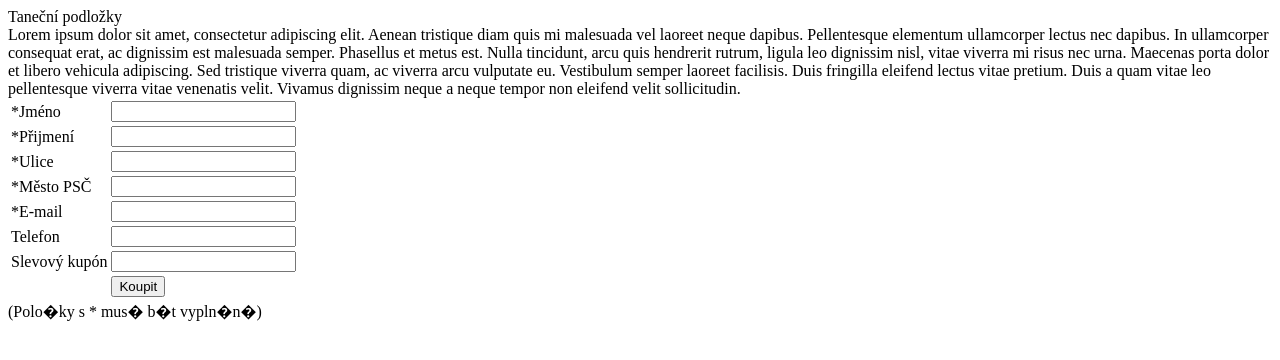
Repository: shadowroot/workspace
Page: http://localhost/
The author's editor kept a copy of each file at every save. The page is drawn from the files as they stood at one save, then again after the next save.
The browser window is 1280 px wide. The pictures show the whole page.
The page is run by PHP 8.4 with error messages shown; the project is at /var/www/html/.

Above is the page before, as saved 2011-11-30 21:12:23.

### tommys_job/index.php
<!DOCTYPE html PUBLIC "-//W3C//DTD XHTML 1.0 Transitional//EN" "http://www.w3.org/TR/xhtml1/DTD/xhtml1-transitional.dtd">
<html>

<head>
<meta http-equiv="Content-Type" content="text/html; charset=UTF-8" />
<meta name="description" content="Taneční podložky" />
<title>Taneční podložky</title>
</head>
<body>
	<div id="nadpis">Taneční podložky</div>
	<div id="predmet_foto"></div>
	<div id="info">Lorem ipsum dolor sit amet, consectetur adipiscing elit.
		Aenean tristique diam quis mi malesuada vel laoreet neque dapibus.
		Pellentesque elementum ullamcorper lectus nec dapibus. In ullamcorper
		consequat erat, ac dignissim est malesuada semper. Phasellus et metus
		est. Nulla tincidunt, arcu quis hendrerit rutrum, ligula leo dignissim
		nisl, vitae viverra mi risus nec urna. Maecenas porta dolor et libero
		vehicula adipiscing. Sed tristique viverra quam, ac viverra arcu
		vulputate eu. Vestibulum semper laoreet facilisis. Duis fringilla
		eleifend lectus vitae pretium. Duis a quam vitae leo pellentesque
		viverra vitae venenatis velit. Vivamus dignissim neque a neque tempor
		non eleifend velit sollicitudin.</div>
	<div id="cena"></div>
	<div id="nova_cena"></div>

	<div id="div_form">


	<?php
	if(isset($_GET['error']) && $_GET['error'] == 1){
		echo '<div class="error">Nevyplnili jste správně formulář!</div>';
	}
	if(isset($_GET['error']) && $_GET['error'] == 0){
		echo '<div class="error">Zboží bylo obědnáno</div>';
	}
	?>
		<form action="process.php" method="post">
			<table id="form">
				<tr class="form_col">
					<td>*Jméno</td>
					<td><input type="text" size="20" name="jmeno"
						value="<?php if(isset($_GET['jmeno'])){echo $_GET['jmeno'];} ?>" />
					</td>
				</tr>
				<tr class="form_col">
					<td>*Přijmení</td>
					<td><input type="text" size="20" name="prijmeni"
						value="<?php if(isset($_GET['prijmeni'])){echo $_GET['prijmeni'];} ?>" />
					</td>
				</tr>
				<tr class="form_col">
					<td>*Ulice</td>
					<td><input type="text" size="20" name="ulice"
						value="<?php if(isset($_GET['ulice']))echo $_GET['ulice']; ?>" />
					</td>
				</tr>
				<tr class="form_col">
					<td>*Město PSČ</td>
					<td><input type="text" size="20" name="mesto"
						value="<?php if(isset($_GET['mesto']))echo $_GET['mesto']; ?>" />
					</td>
				</tr>
				<tr class="form_col">
					<td>*E-mail</td>
					<td><input type="text" size="20" name="email"
						value="<?php if(isset($_GET['email']))echo $_GET['email']; ?>" />
					</td>
				</tr>
				<tr class="form_col">
					<td>Telefon</td>
					<td><input type="text" size="20" name="telefon"
						value="<?php if(isset($_GET['tel']))echo $_GET['tel']; ?>" /></td>
				</tr>
				<tr class="form_col">
					<td>Slevový kupón</td>
					<td><input type="text" size="20" name="sleva"
						value="<?php if(isset($_GET['sleva']))echo $_GET['sleva']; ?>" />
					</td>
				</tr>
				<tr>
					<td></td>
					<td><input type="submit" value="Koupit" /></td>
				</tr>
			</table>
			<div id="minimal">(Polo�ky s * mus� b�t vypln�n�)</div>
		</form>
	</div>
</body>
</html>

After the next save:
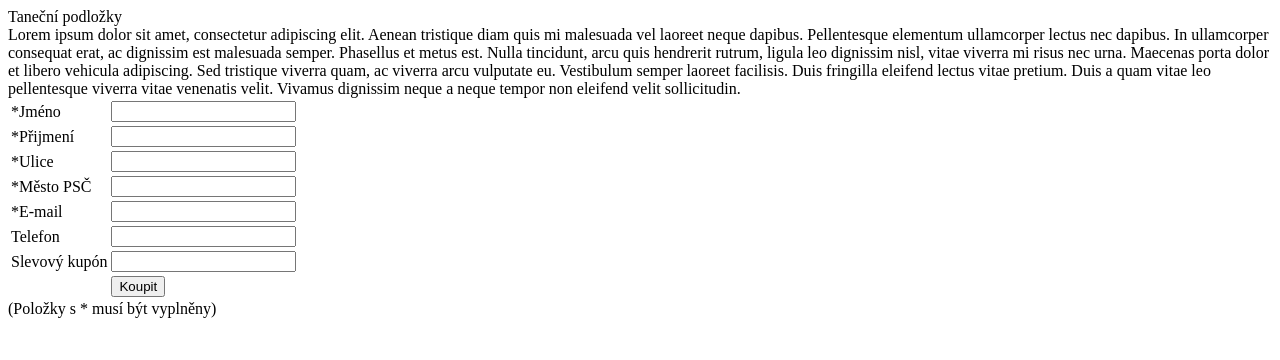
Saved 27 s later.
--- a/tommys_job/index.php
+++ b/tommys_job/index.php
@@ -82,7 +82,7 @@
 					<td><input type="submit" value="Koupit" /></td>
 				</tr>
 			</table>
-			<div id="minimal">(Polo�ky s * mus� b�t vypln�n�)</div>
+			<div id="minimal">(Položky s * musí být vyplněny)</div>
 		</form>
 	</div>
 </body>
